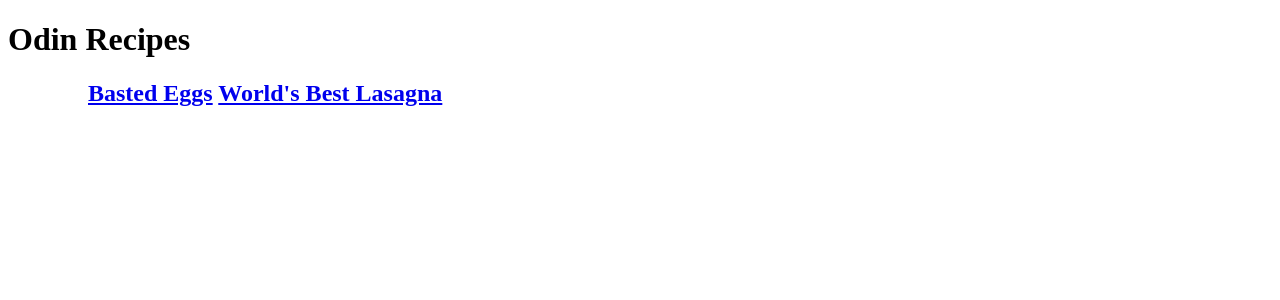
Repository: rickypcyt/odinproyect-recipes-web
Page: index.html
The author's editor kept a copy of each file at every save. The page is drawn from the files as they stood at one save, then again after a run of saves.
The browser window is 1280 px wide. The pictures show the whole page.

Above is the page before, as saved 2022-09-20 16:57:20.

After the next 3 saves:
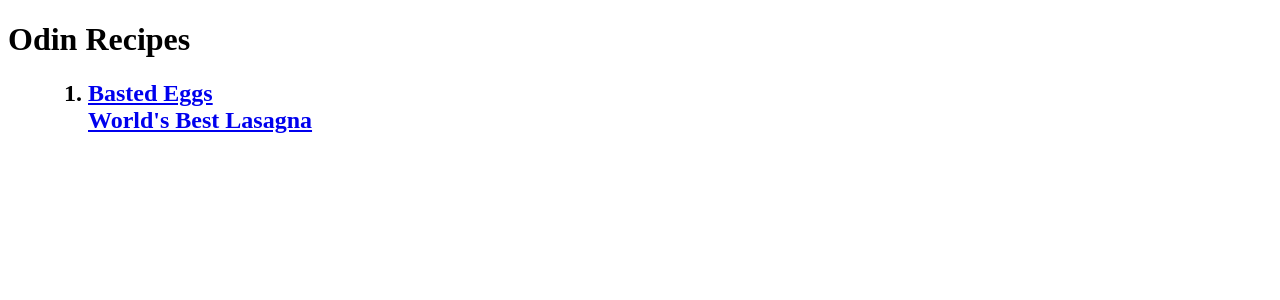
The 3 saves are shown as one change because they came seconds apart.
The last was saved 9 s later.
--- a/index.html
+++ b/index.html
@@ -11,7 +11,7 @@
     <ol>
       <h2>
         <ol>
-          <a href="recipes/BastedEggs.html">Basted Eggs</a>
+          <li><a href="recipes/BastedEggs.html">Basted Eggs</a></li>
           <a href="recipes/Lasagna.html">World's Best Lasagna</a>
         </ol>
       </h2>
